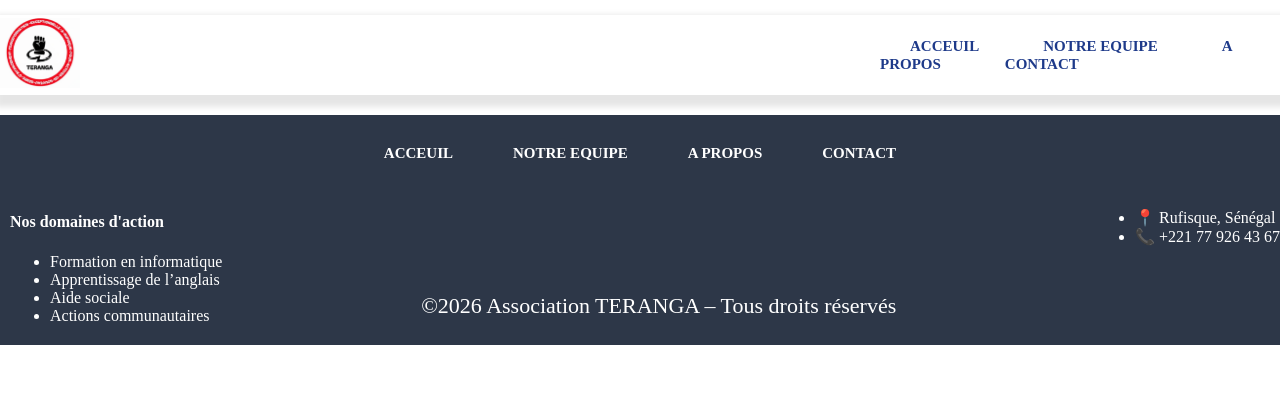
Repository: assanendao171/projet-teranga
Page: propos.html
The author's editor kept a copy of each file at every save. The page is drawn from the files as they stood at one save, then again after a run of saves.
The browser window is 1280 px wide. The pictures show the whole page.

Above is the page before, as saved 2026-02-12 11:23:17.

After the next 4 saves:
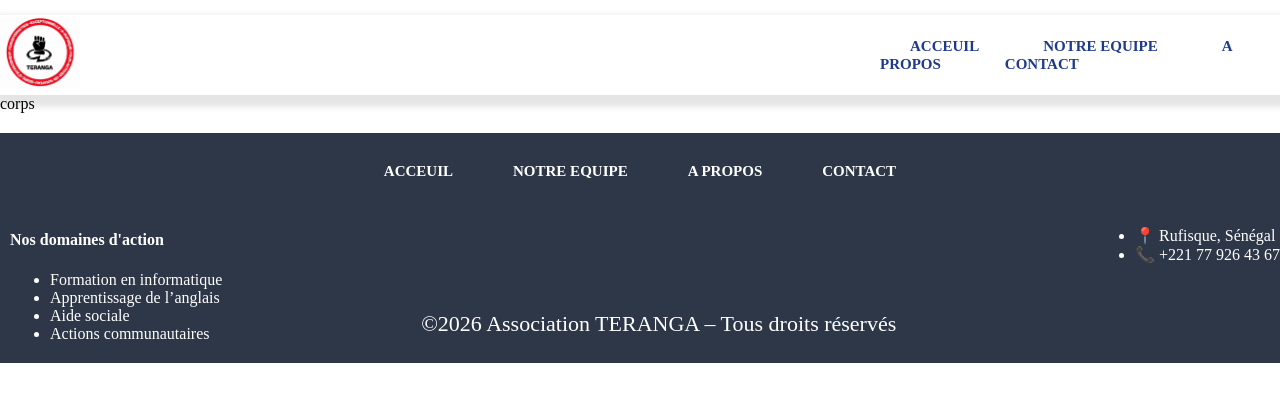
The 4 saves are shown as one change because they came seconds apart.
The last was saved 44 s later.
--- a/propos.html
+++ b/propos.html
@@ -23,6 +23,7 @@
         </nav>
       </div>
     </header>
+corps
 <main>
 
 </main>

After the save that followed:
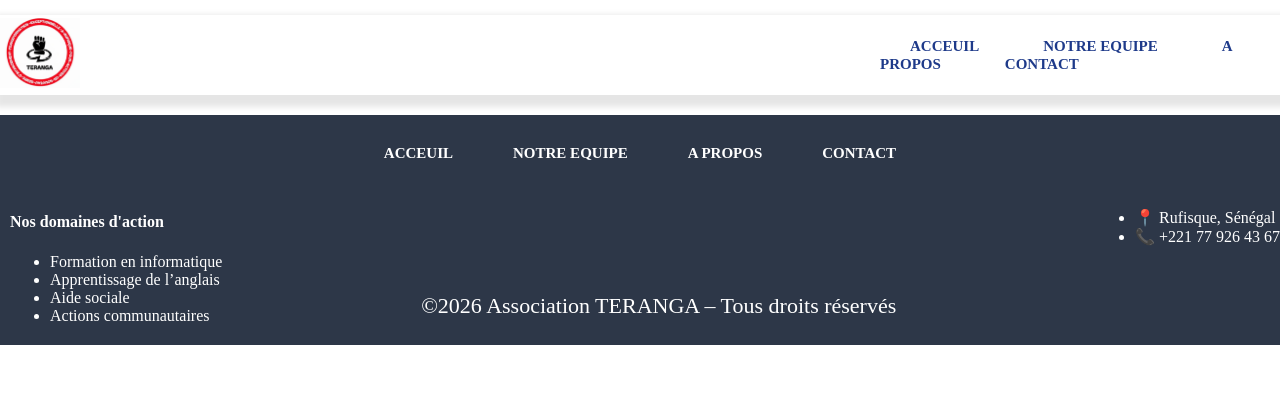
Saved 4 s later.
--- a/propos.html
+++ b/propos.html
@@ -23,7 +23,7 @@
         </nav>
       </div>
     </header>
-corps
+<!-- corps -->
 <main>
 
 </main>
